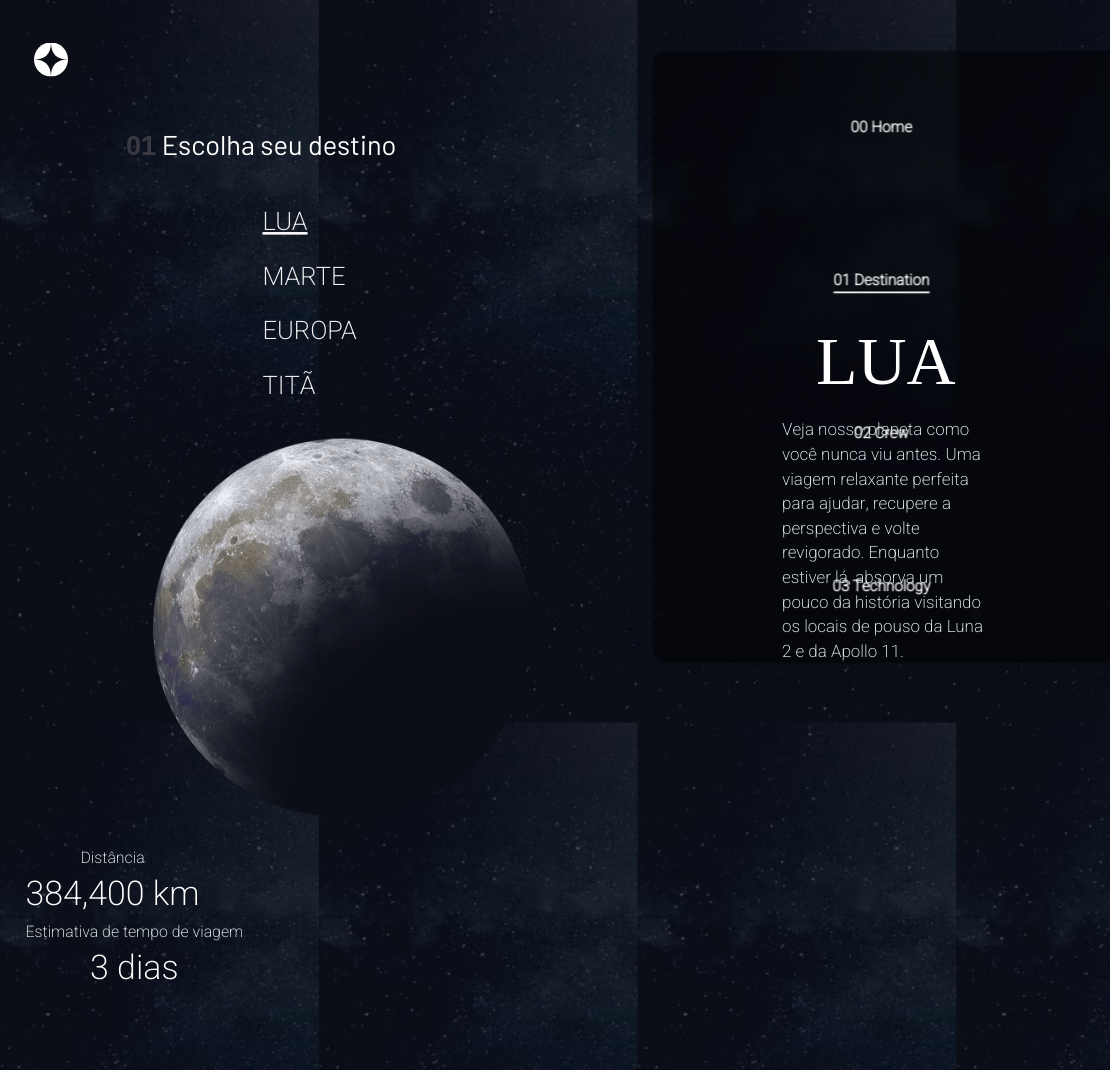
Repository: Leonngc/space-site
Page: space-tourism-website-main/space-tourism-website-main/starter-code/destination-moon.html
An editor plug-in stored every save of this project. The page is shown before and after a run of saves, followed by the edit.
The browser window is 768 px wide. The page is 1306 px wide, so the pictures cover 1306 px, including what lies to the right of the window. The pictures show the whole page, at 85% of full size.
Some icons come from a web library that is not loaded, so they are not drawn.

Above is the page before, as saved 2023-04-30 01:22:59.

After the next 2 saves:
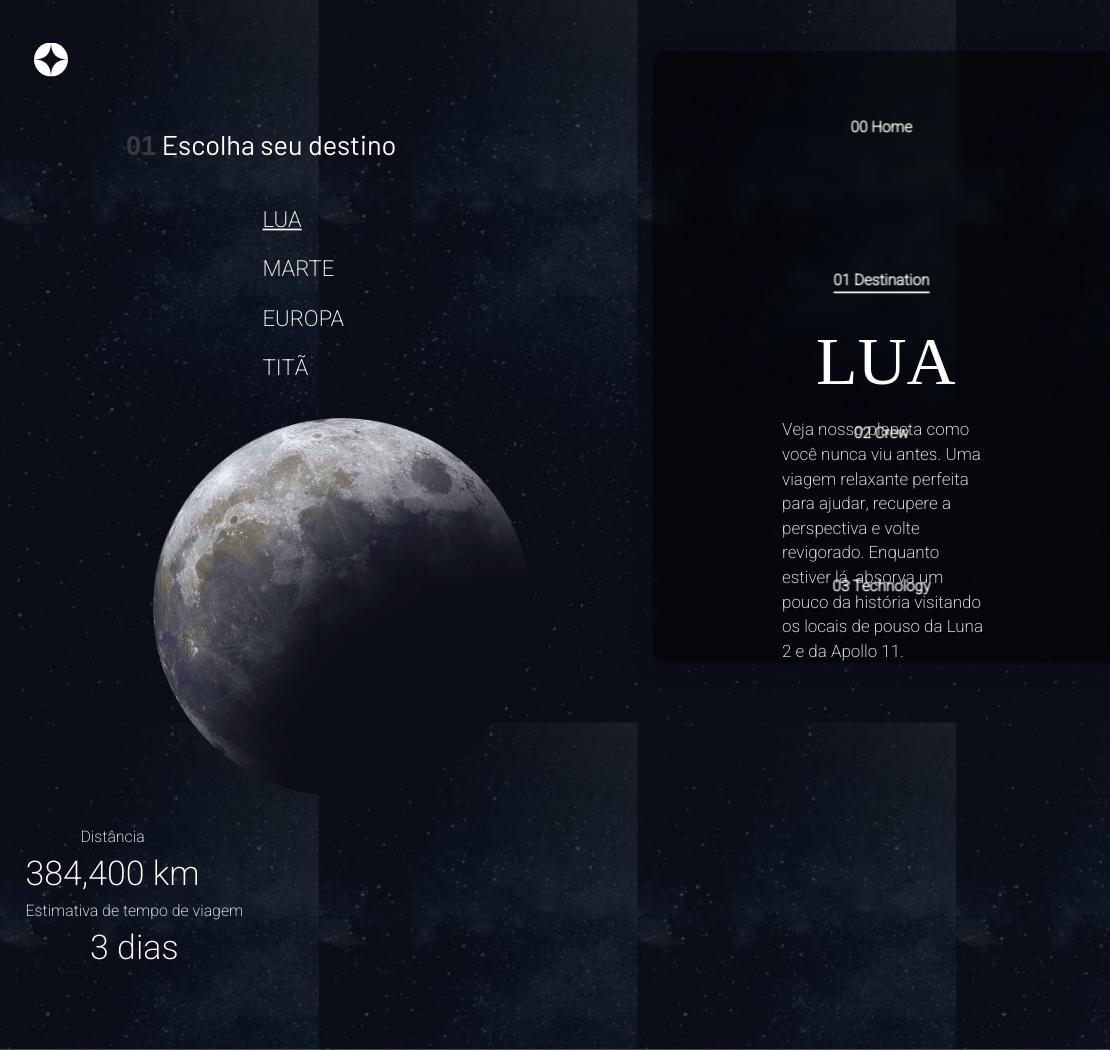
The 2 saves are shown as one change because they came seconds apart.
The last was saved 5 min 17 s later.
--- a/space-tourism-website-main/space-tourism-website-main/starter-code/styles/destination.css
+++ b/space-tourism-website-main/space-tourism-website-main/starter-code/styles/destination.css
@@ -124,11 +124,11 @@ strong{
     .nav-travel{
         float: none;
         margin: auto;
-        font-size: 30px;
+        font-size: 26px;
     }
     .nav-travel li{
         border-bottom: none;
-        padding: 10px ;
+        padding: 10px;
     }
 
     .nav-travel > .page-active{
